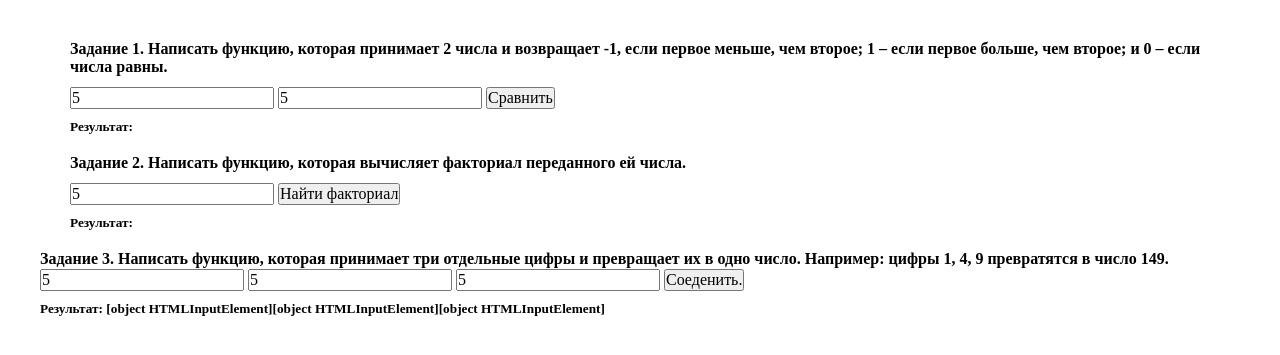
Repository: NastyaGavrilova/Beetroot-js
Page: HW3/index.html
These files come from the project's save history. The page is drawn as it stood at one moment and after the next save; the edit follows.
The browser window is 1280 px wide. The pictures show the whole page.
Empty fields were first filled with sample values (such as "Sample", 5 or name@example.com).
After loading, the first visible `#js-task3-btn` was clicked once.

Above is the page before, as saved 2021-10-18 14:32:36.

### HW3/index.html
<!DOCTYPE html>
<html lang="en">
  <head>
    <meta charset="UTF-8" />
    <meta http-equiv="X-UA-Compatible" content="IE=edge" />
    <meta name="viewport" content="width=device-width, initial-scale=1.0" />
    <link
      rel="stylesheet"
      href="https://cdnjs.cloudflare.com/ajax/libs/normalize/8.0.1/normalize.min.css"
      integrity="sha512-NhSC1YmyruXifcj/KFRWoC561YpHpc5Jtzgvbuzx5VozKpWvQ+4nXhPdFgmx8xqexRcpAglTj9sIBWINXa8x5w=="
      crossorigin="anonymous"
      referrerpolicy="no-referrer"
    />
    <link rel="stylesheet" href="./index.css" />
    <title>Functions</title>
  </head>
  <body>
    <section class="c-task-one">
      <h4 class="c-task-one__title">
        Задание 1. Написать функцию, которая принимает 2 числа и возвращает -1,
        если первое меньше, чем второе; 1 – если первое больше, чем второе; и 0
        – если числа равны.
      </h4>
      <form
        action="#"
        method="post"
        class="c-task-one__form"
        id="js-task1-form"
      >
        <input
          type="number"
          id="js-task1-input1"
          placeholder="Введите перовое число"
        />
        <input
          type="number"
          id="js-task1-input2"
          placeholder="Введите второе число"
        />
        <button id="js-task1-btn">Сравнить</button>
      </form>
      <h5>Результат: <span id="js-task1-span"></span></h5>
    </section>

    <section class="c-task-two">
      <h4 class="c-task-two__title">
        Задание 2. Написать функцию, которая вычисляет факториал переданного ей
        числа.
      </h4>
      <form
        action="#"
        method="post"
        class="c-task-two__form"
        id="js-task2-form"
      >
        <input type="number" id="js-task2-input1" placeholder="Введите число" />
        <button id="js-task2-btn">Найти факториал</button>
      </form>
      <h5>Результат: <span id="js-task2-span"></span></h5>
    </section>

    <section class="c-task-third">
      <h4 class="c-task-third__title">
        Задание 3. Написать функцию, которая принимает три отдельные цифры и
        превращает их в одно число. Например: цифры 1, 4, 9 превратятся в число
        149.
      </h4>
      <form
        action="#"
        method="post"
        class="c-task-two__form"
        id="js-task3-form"
      >
        <input
          type="number"
          id="js-task3-input1"
          placeholder="Введите перовое число"
        />
        <input
          type="number"
          id="js-task3-input2"
          placeholder="Введите второе число"
        />
        <input
          type="number"
          id="js-task3-input3"
          placeholder="Введите третье число"
        />
        <button id="js-task3-btn">Соеденить.</button>
      </form>
      <h5>Результат: <span id="js-task3-span"></span></h5>
    </section>

    <script src="./index.js"></script>
  </body>
</html>

### HW3/index.css
* {
  box-sizing: border-box;
  padding: 0;
  margin: 0;
}

body {
  max-width: 1200px;
  margin: 0 auto;
}
.c-task-one {
  padding: 40px 30px 20px 30px;
}

.c-task-one__title {
  margin-bottom: 10px;
}
.c-task-one__form {
  margin-bottom: 10px;
}

.c-task-two {
  padding: 0 30px 20px 30px;
}
.c-task-two__title {
  margin-bottom: 10px;
}
.c-task-two__form {
  margin-bottom: 10px;
}

### HW3/index.js
// const log = console.log;
// Task 1
let btn1 = document.getElementById("js-task1-btn");
btn1.addEventListener("click", (e) => {
  e.preventDefault();
  let task = document.getElementById("js-task1-input1");
  let task1 = document.getElementById("js-task1-input2");
  let span1 = document.getElementById("js-task1-span");
  let one = 1;
  let minusOne = -1;
  let zero = 0;
  if (task.value < task1.value) {
    return (span1.innerHTML = minusOne);
  } else if (task.value > task1.value) {
    return (span1.innerHTML = one);
  } else if (task.value == task1.value) {
    return (span1.innerHTML = zero);
  }
});

// task 2
let btn2 = document.getElementById("js-task2-btn");
btn2.addEventListener("click", (e) => {
  e.preventDefault();
  let task2 = document.getElementById("js-task2-input1");
  let span2 = document.getElementById("js-task2-span");
  let total = 1;
  for (i = task2.value; i > 1; i--) {
    total *= i;
  }
  return (span2.innerHTML = total);
});

// task 3
let btn3 = document.getElementById("js-task3-btn");
btn3.addEventListener("click", (e) => {
  e.preventDefault();
  let task3 = document.getElementById("js-task3-input1");
  let task3_1 = document.getElementById("js-task3-input2");
  let task3_2 = document.getElementById("js-task3-input3");
  let span3 = document.getElementById("js-task3-span");
  if (isNaN(task3.value, task3_1.value, task3_2.value)) {
    return (span3.innerHTML = "Введеное число не цифра");
  }
  return (span3.innerHTML = `${task3}${task3_1}${task3_2}`);
});
// let numb1 = +prompt("Задание 3. Введите первое число");
// let numb2 = +prompt("Задание 3. Введите второе число");
// let numb3 = +prompt("Задание 3. Введите третье число");
// let singleNum = (n, n1, n2) => {
//   if (isNaN(n, n1, n2)) {
//     return log(`Введенное исло не цыфра!`);
//   }
//   return log(`${n}${n1}${n2}`);
// };
// singleNum(numb1, numb2, numb3);

// task 4

// let side = +prompt("Задание 4. Введите первую сторону.");
// let side1 = +prompt("Задание 4. Введите второю сторону.");

// let square = (s, s1) => {
//   let square1;
//   if (s != "" && s1 != "") {
//     square1 = s * s1;
//     return log(`Площадь прямоугольника ${square1}`);
//   } else if (s != "" && s1 == "") {
//     square1 = s * s;
//     log(`Площадь квадрата ${square1}`);
//   } else if (s == "" && s1 != "") {
//     square1 = s1 * s1;
//     log(`Площадь квадрата ${square1}`);
//   }
// };

// square(side, side1);

After the next save:
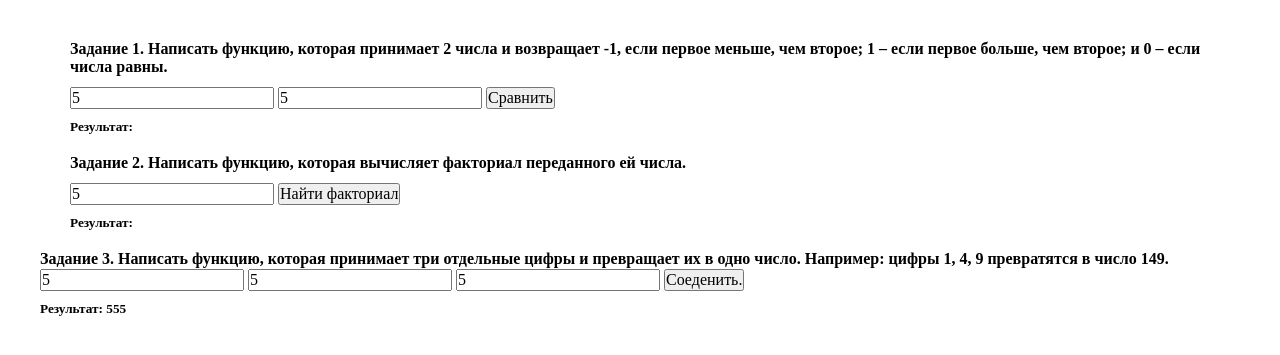
Saved 27 s later.
--- a/HW3/index.js
+++ b/HW3/index.js
@@ -42,7 +42,7 @@ btn3.addEventListener("click", (e) => {
   if (isNaN(task3.value, task3_1.value, task3_2.value)) {
     return (span3.innerHTML = "Введеное число не цифра");
   }
-  return (span3.innerHTML = `${task3}${task3_1}${task3_2}`);
+  return (span3.innerHTML = `${task3.value}${task3_1.value}${task3_2.value}`);
 });
 // let numb1 = +prompt("Задание 3. Введите первое число");
 // let numb2 = +prompt("Задание 3. Введите второе число");
